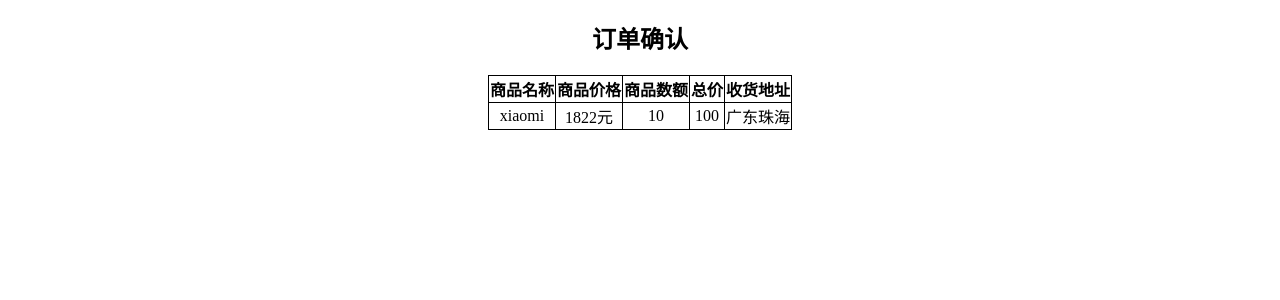
Repository: kairynx/js-
Page: 案例1渲染表格.html
An editor plug-in stored every save of this project. The page is shown before and after the next save, followed by the edit.
The browser window is 1280 px wide. The pictures show the whole page.

Above is the page before, as saved 2026-03-08 21:13:56.

After the next save:
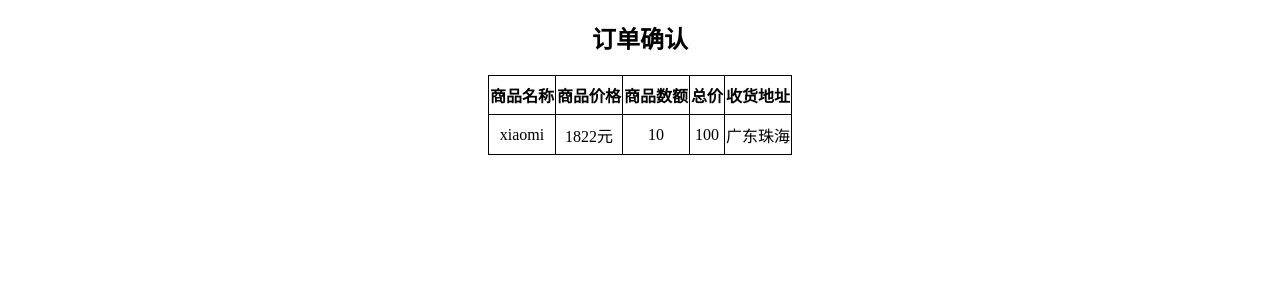
Saved 54 s later.
--- a/案例1渲染表格.html
+++ b/案例1渲染表格.html
@@ -15,7 +15,7 @@
     table
     /* 合并相邻边框 */
     {border-collapse: collapse;
-    height: 8px;
+    height: 80px;
     margin:0 auto;
     text-align: center;}
     th{
